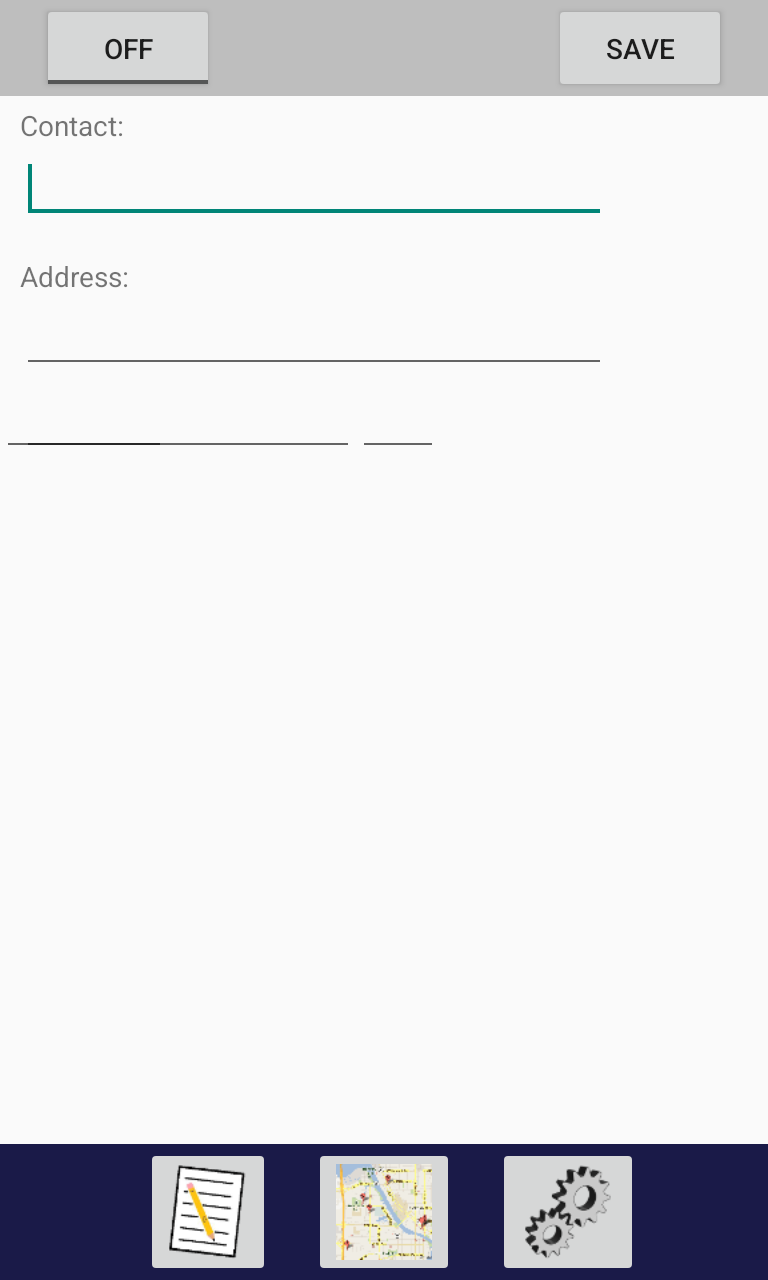
Repository: MobileApps-Cascadia/JenniferBronson_ExercisesChapter5
Layout: MyContactList/res/layout/activity_contact.xml
The author's editor kept a copy of each file at every save. The layout is drawn from the files as they stood at one save, then again after the next save.
It is drawn on a 768 x 1280 px phone screen (xhdpi) without system bars, with theme AppTheme; the app's code is not run.

Above is the layout before, as saved 2014-04-26 22:02:03.

After the next save:
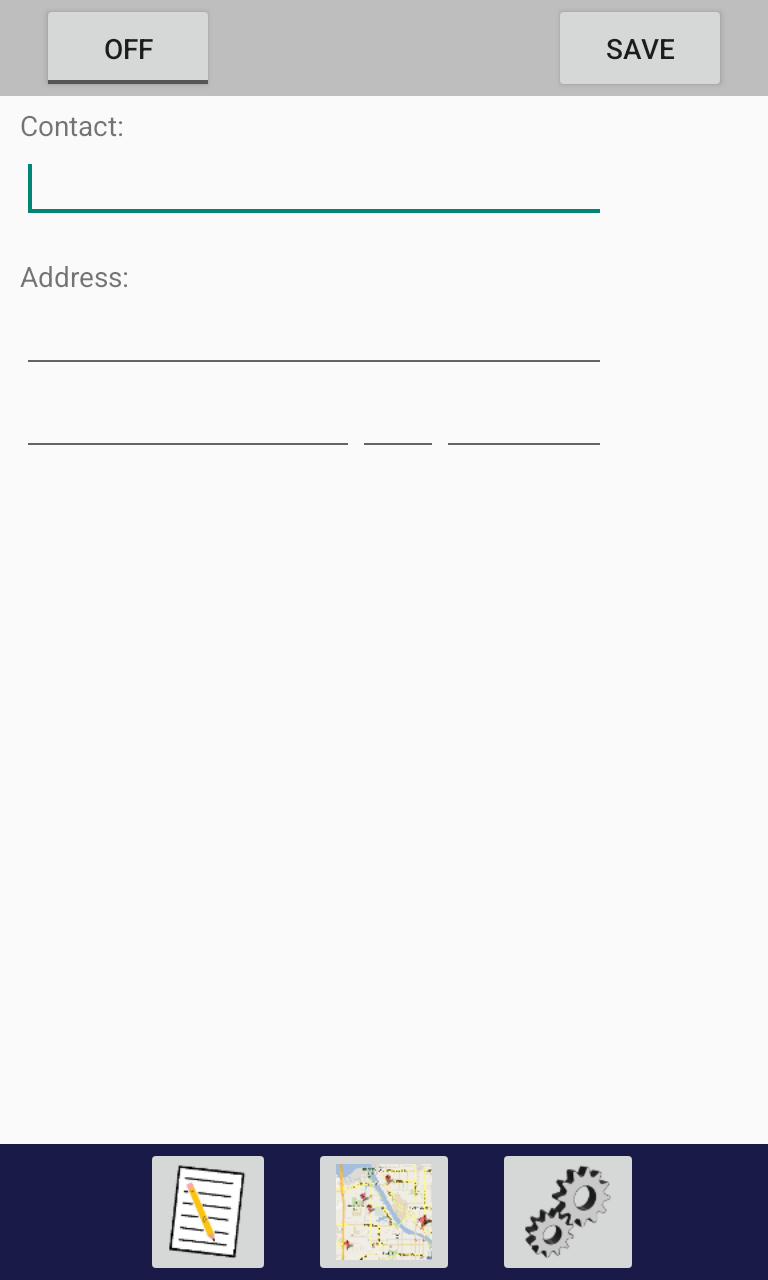
Saved 6 s later.
--- a/MyContactList/res/layout/activity_contact.xml
+++ b/MyContactList/res/layout/activity_contact.xml
@@ -155,7 +155,7 @@
                 android:layout_width="wrap_content"
                 android:layout_height="wrap_content"
                 android:ems="4"
-                android:layout_ToRightOf="@+id/editState"
+                android:layout_toRightOf="@+id/editState"
                 android:layout_alignBottom="@+id/editState"
                 android:maxLength="5"
                 android:imeOptions="actionNext"
